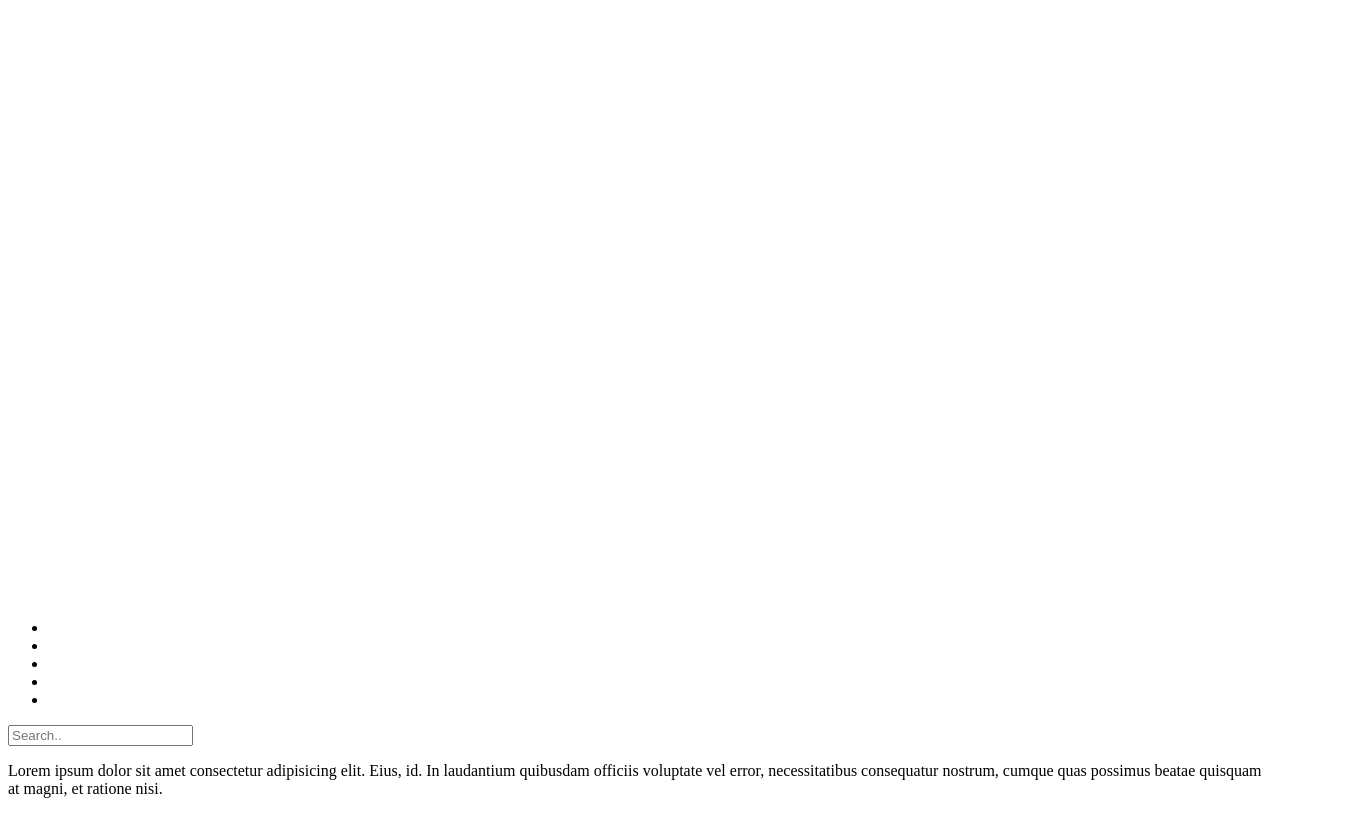
Repository: manhkkkk/assigntment
Page: index.html
These files come from the project's save history. The page is drawn as it stood at one moment and after the next save; the edit follows.
The browser window is 1280 px wide. The page is 1359 px wide, so the pictures cover 1359 px, including what lies to the right of the window. The pictures show the whole page.

Above is the page before, as saved 2022-01-09 21:14:26.

After the next save:
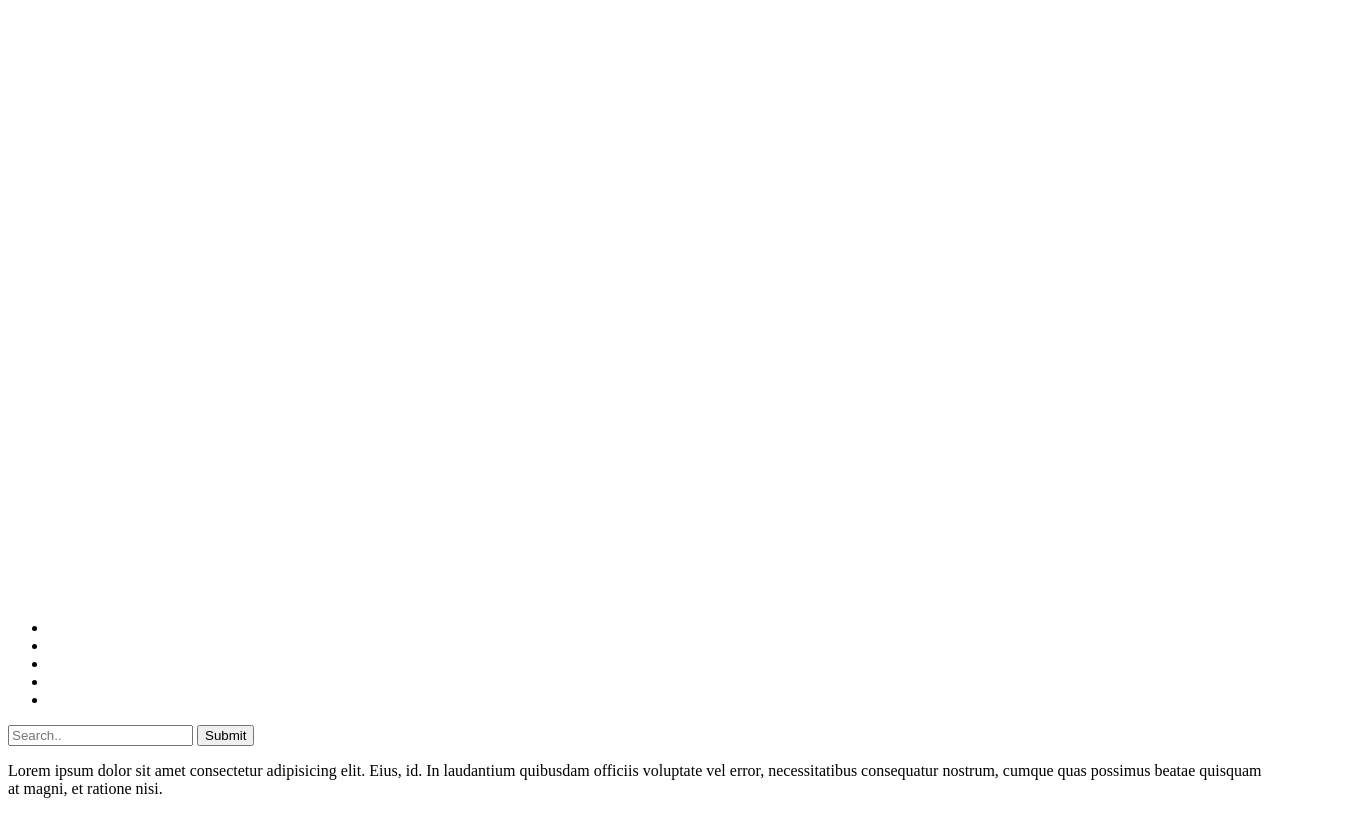
Saved 88 s later.
--- a/index.html
+++ b/index.html
@@ -25,7 +25,12 @@
                         </ul>
                     </div>
                     <div class="search">
-                        <input type="text" placeholder="Search.." />
+                        <input
+                            type="text"
+                            placeholder="Search.."
+                            name="search"
+                        />
+                        <button type="submit">Submit</button>
                     </div>
                 </nav>
             </div>
